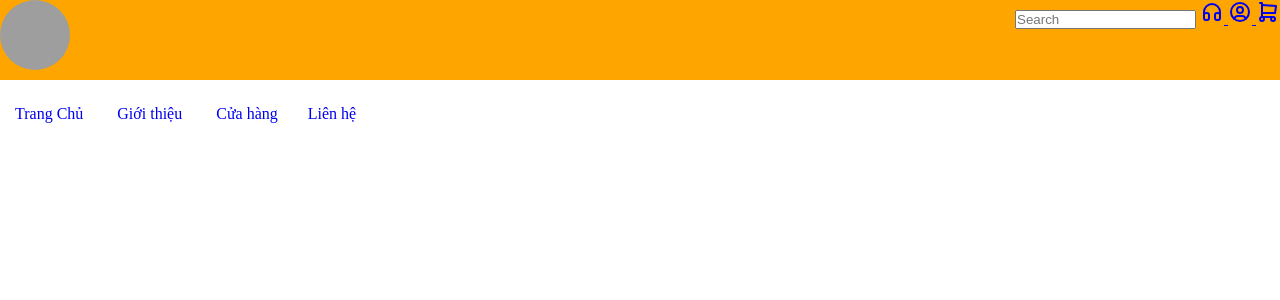
Repository: manhhieu120499/test-page
Page: index.html
An editor plug-in stored every save of this project. The page is shown before and after the next save, followed by the edit.
The browser window is 1280 px wide. The pictures show the whole page.
Pictures or frames that could not be fetched are drawn as grey boxes.

Above is the page before, as saved 2023-01-11 22:50:48.

### index.html
<!DOCTYPE html>
<html lang="en">

<head>
    <meta charset="UTF-8">
    <meta http-equiv="X-UA-Compatible" content="IE=edge">
    <meta name="viewport" content="width=device-width, initial-scale=1.0">
    <title>Document</title>
    <link rel="stylesheet" href="./style.css">
</head>

<body>
    <div id="header">
        <div class="left-sidebar">
            <a href="#" class="logo">
                <img src="https://t3.ftcdn.net/jpg/03/02/36/70/360_F_302367092_vmqO9rSPmluZJFuOFFNzjGwimbChoIAZ.jpg" alt="logo-shop">
            </a>
            <nav class="sub-menu">
                <ul>
                    <li><a href="#">Trang Chủ</a></li>
                    <li><a href="#">Giới thiệu</a></li>
                    <li><a href="#">Cửa hàng</a< /li>
                    <li><a href="#">Liên hệ</a></li>
                </ul>
            </nav>
        </div>

        <div class="right-sidebar">
            <input type="text" placeholder="Search" />
            <a href="#" class="telesale">
                <svg xmlns="http://www.w3.org/2000/svg" class="icon icon-tabler icon-tabler-headphones" width="24"
                    height="24" viewBox="0 0 24 24" stroke-width="2" stroke="currentColor" fill="none"
                    stroke-linecap="round" stroke-linejoin="round">
                    <path stroke="none" d="M0 0h24v24H0z" fill="none"></path>
                    <rect x="4" y="13" rx="2" width="5" height="7"></rect>
                    <rect x="15" y="13" rx="2" width="5" height="7"></rect>
                    <path d="M4 15v-3a8 8 0 0 1 16 0v3"></path>
                </svg>
            </a>
            <a href="#" class="person">
                <svg xmlns="http://www.w3.org/2000/svg" class="icon icon-tabler icon-tabler-user-circle" width="24" height="24" viewBox="0 0 24 24" stroke-width="2" stroke="currentColor" fill="none" stroke-linecap="round" stroke-linejoin="round">
                    <path stroke="none" d="M0 0h24v24H0z" fill="none"></path>
                    <circle cx="12" cy="12" r="9"></circle>
                    <circle cx="12" cy="10" r="3"></circle>
                    <path d="M6.168 18.849a4 4 0 0 1 3.832 -2.849h4a4 4 0 0 1 3.834 2.855"></path>
                 </svg>
            </a>
            <a href="#" class="shopping-cart">
                <svg xmlns="http://www.w3.org/2000/svg" class="icon icon-tabler icon-tabler-shopping-cart" width="24" height="24" viewBox="0 0 24 24" stroke-width="2" stroke="currentColor" fill="none" stroke-linecap="round" stroke-linejoin="round">
                    <path stroke="none" d="M0 0h24v24H0z" fill="none"></path>
                    <circle cx="6" cy="19" r="2"></circle>
                    <circle cx="17" cy="19" r="2"></circle>
                    <path d="M17 17h-11v-14h-2"></path>
                    <path d="M6 5l14 1l-1 7h-13"></path>
                 </svg>
            </a>
        </div>
    </div>

    <div id="footer">

    </div>
</body>

</html>

### style.css
* {
    margin: 0;
    padding: 0;
    box-sizing: border-box;
}

#header {
    width: 100vw;
    height: 80px;
    background-color: orange;
    display: flex;
    justify-content: space-between;
}
img {
    width: 70px;
    height: 70px;
    border-radius: 50%;
    display: inline-block;
}

.sub-menu li {
   list-style: none;
   display: inline-block;
   line-height: 80px;
   padding: 0px 15px;
}

.sub-menu li a {
    text-decoration: none;
}

After the next save:
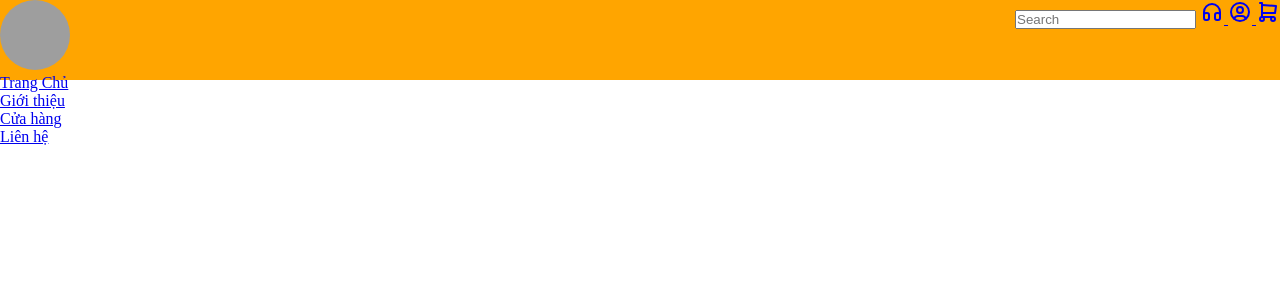
Saved 58 s later.
--- a/style.css
+++ b/style.css
@@ -18,7 +18,7 @@ img {
     display: inline-block;
 }
 
-.sub-menu li {
+/* .sub-menu li {
    list-style: none;
    display: inline-block;
    line-height: 80px;
@@ -27,4 +27,4 @@ img {
 
 .sub-menu li a {
     text-decoration: none;
-}
+} */
